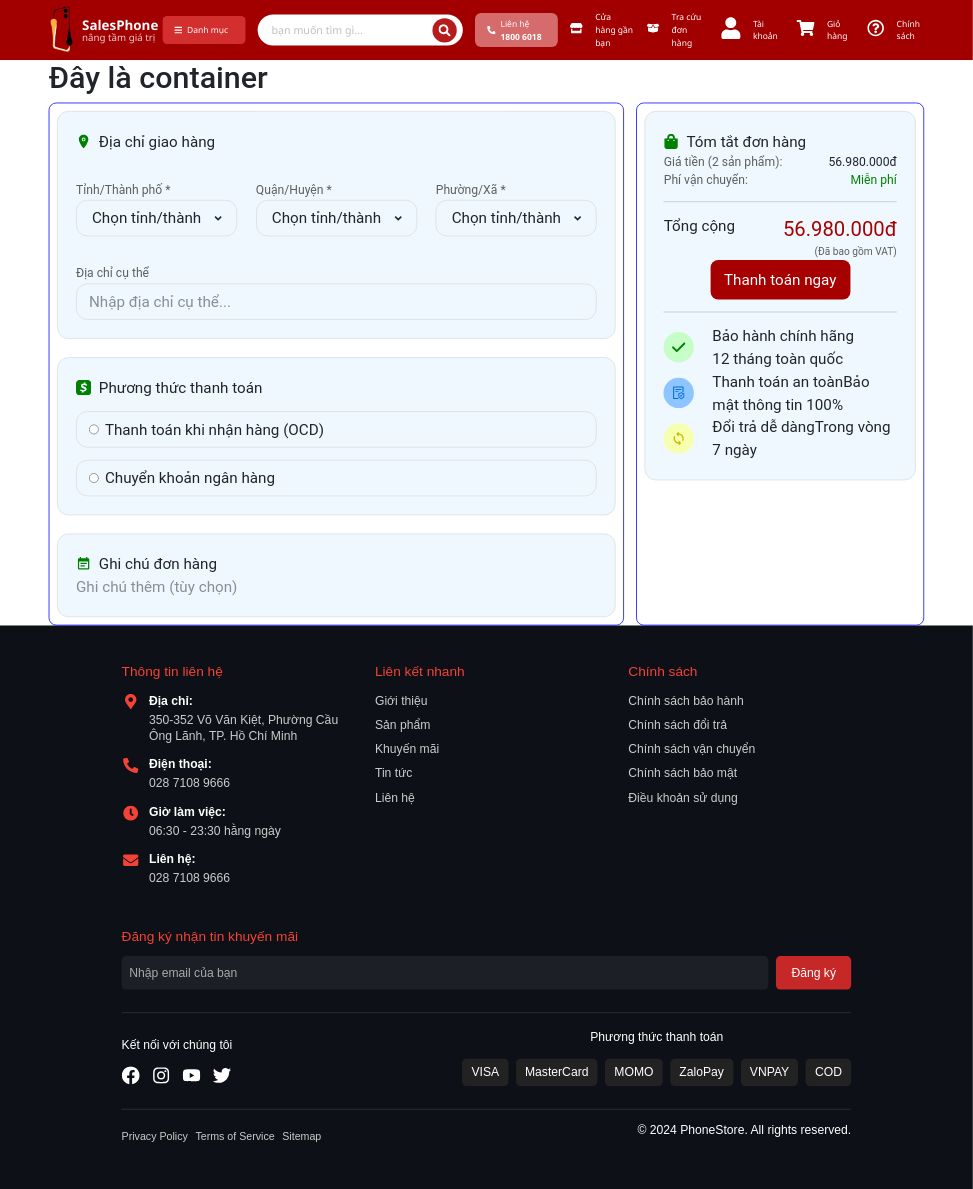
Repository: nguyenhuuluanTTB/cn-da22ttb-nguyenhuuluan-website_salesphone-nextjs_nodejs
Page: /order (app in Project_SalesPhone/client/salesphone/)
These files come from the project's save history. The page is drawn as it stood at one moment and after the next save; the edit follows.
The browser window is 1280 px wide. The pictures show the whole page, at 76% of full size.
The project was rebuilt for these pictures with package versions that can differ from the ones it lists, and the page was loaded fresh each time. The framework's server and built-in components were replaced by stand-ins that run in the browser. Also part of the build but not shown: Project_SalesPhone/client/salesphone/next.config.ts.

Above is the page before, as saved 2025-12-02 02:57:51.

After the next save:
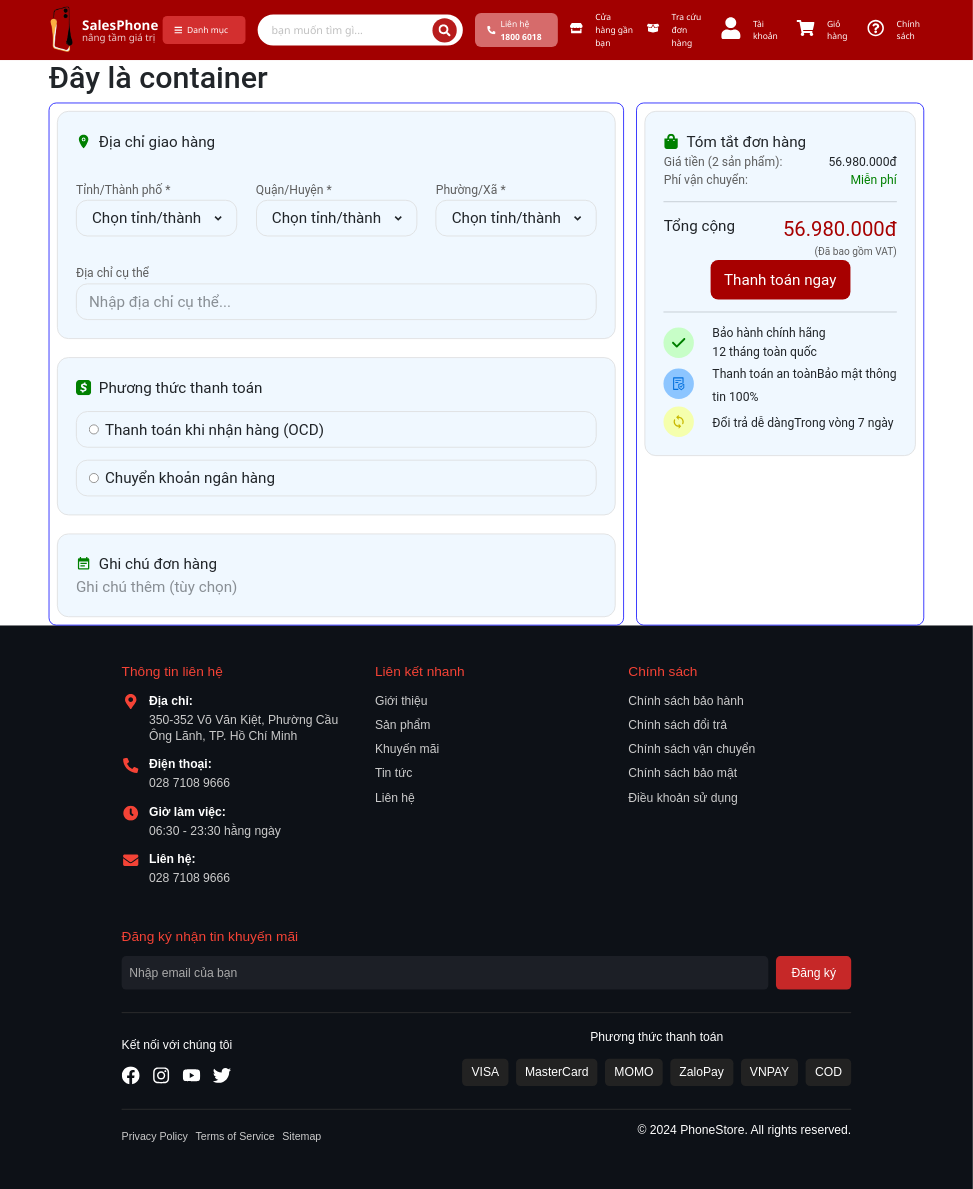
Saved 42 s later.
--- a/Project_SalesPhone/client/salesphone/app/order/order.module.scss
+++ b/Project_SalesPhone/client/salesphone/app/order/order.module.scss
@@ -151,6 +151,10 @@
         flex-direction: column;
         display: flex;
     }
+
+    span{
+        font-size: 12pt;
+    }
 }
 
 .ttat_icon{
